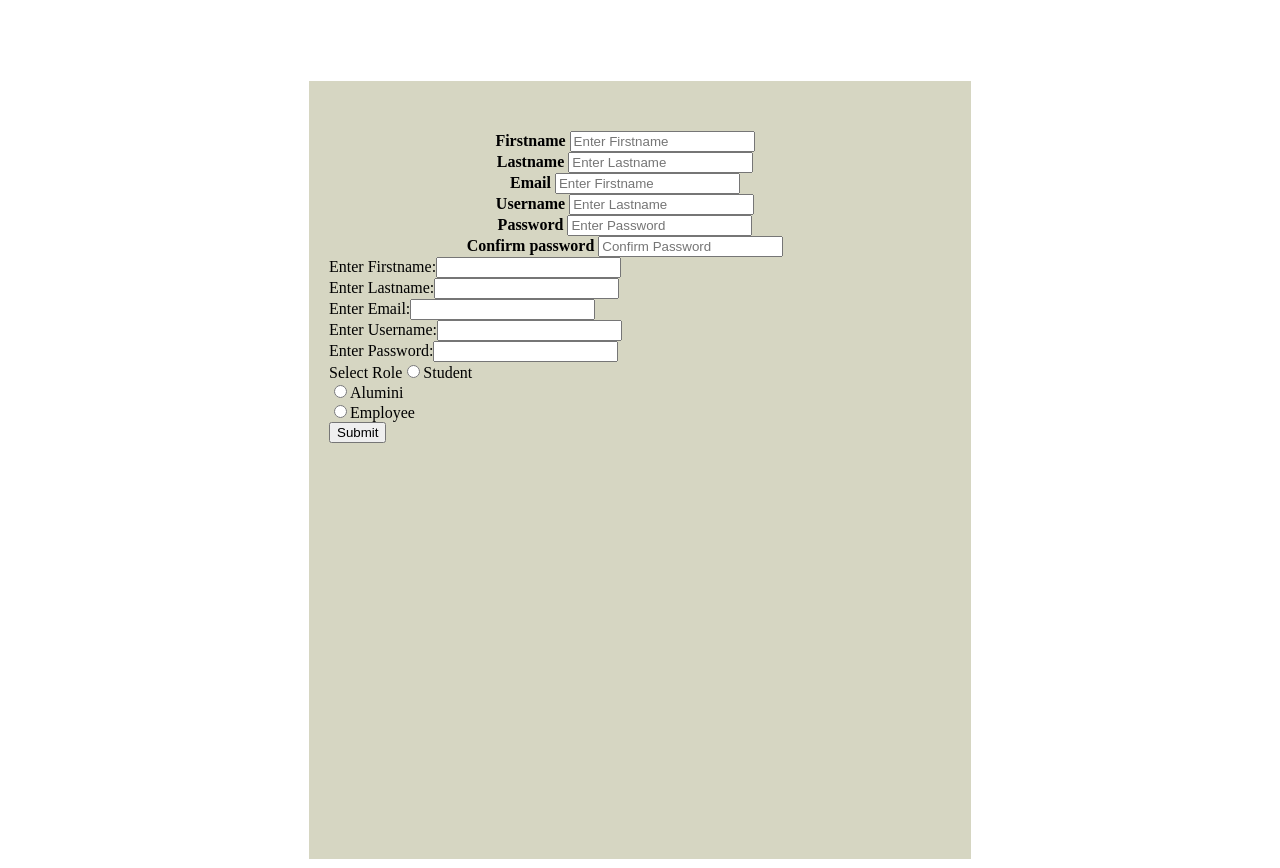
Repository: NeeleshPoojari/Project-2
Page: frontend_project2/WebContent/views/registrationform.html
An editor plug-in stored every save of this project. The page is shown before and after the next save, followed by the edit.
The browser window is 1280 px wide. The pictures show the whole page.

Above is the page before, as saved 2017-07-17 07:04:39.

After the next save:
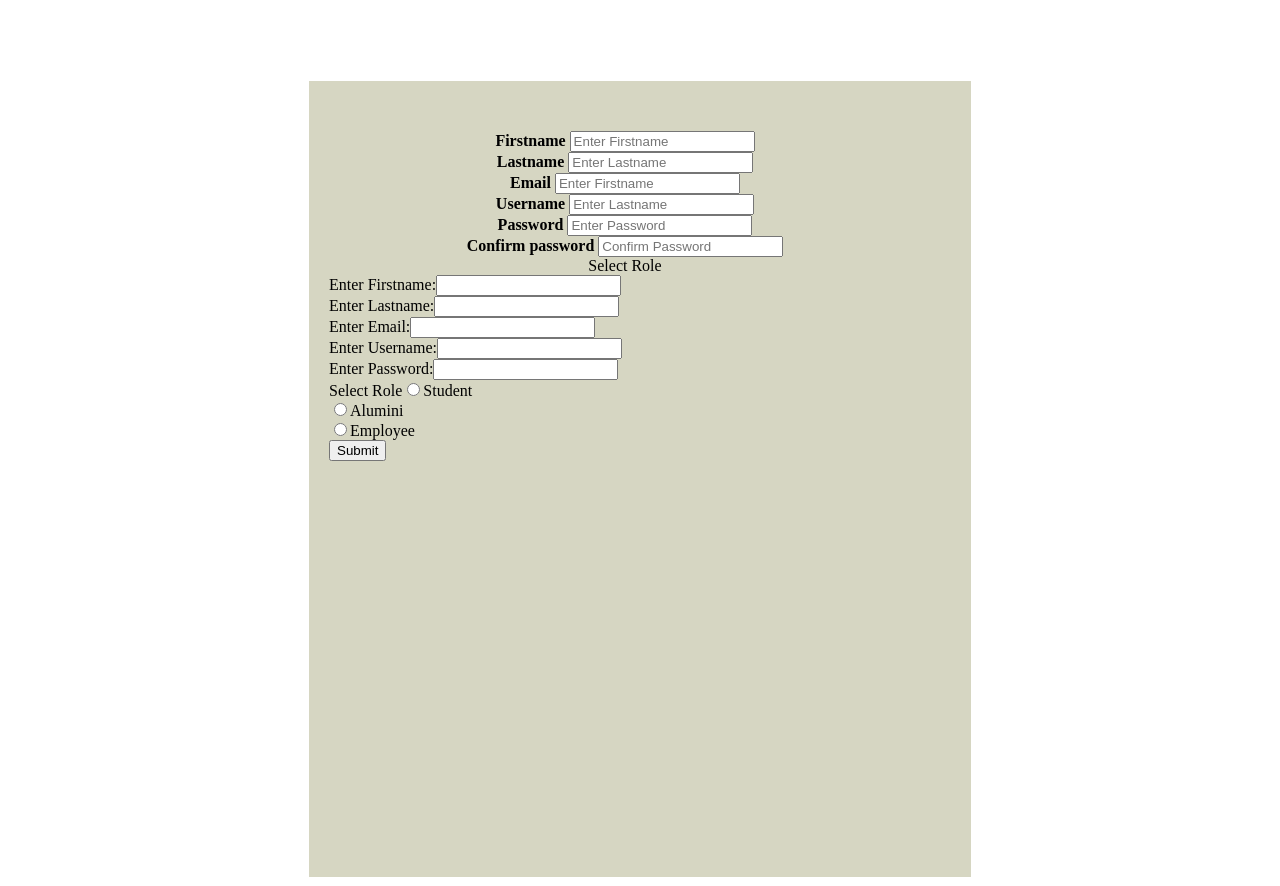
Saved 104 s later.
--- a/frontend_project2/WebContent/views/registrationform.html
+++ b/frontend_project2/WebContent/views/registrationform.html
@@ -70,6 +70,10 @@
 			</div>
 		</div>
 
+		<div align="center">
+		<label >Select Role</label>
+     </div>
+
 
 
 		Enter Firstname:<input type="text" ng-model="user.firstname"><br>
